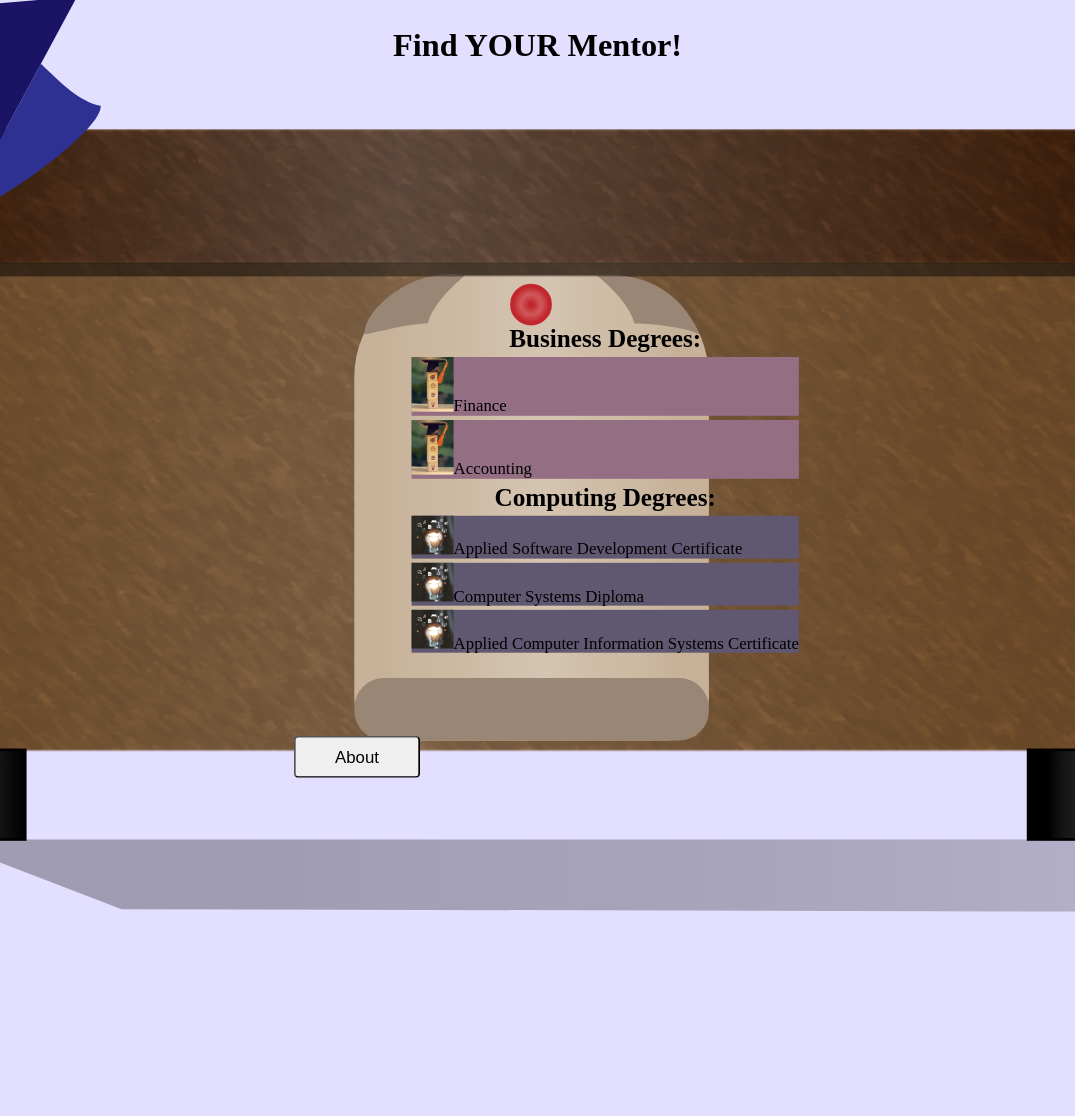
Repository: anikagrewal/week3example
Page: /
An editor plug-in stored every save of this project. The page is shown before and after the next save, followed by the edit.
The browser window is 1280 px wide. The pictures show the whole page, at 84% of full size.
The project was rebuilt for these pictures with package versions that can differ from the ones it lists, and the page was loaded fresh each time. The framework's server and built-in components were replaced by stand-ins that run in the browser. Also part of the build but not shown: next.config.js.

Above is the page before, as saved 2023-01-23 14:15:26.

### pages/index.js
import Head from 'next/head'
import Image from 'next/image'
import { Inter } from '@next/font/google'
import styles from '@/styles/Home.module.css'
import data from '../data/education.json'
import { useState } from 'react'
import Card from '../components/Card'
import Link from 'next/link'

const inter = Inter({ subsets: ['latin'] })

console.log(data);
export default function Home() {

  const [information, setInformation] = useState([...data])

  return (
    <>
      <Head>
        <title>Create Next App</title>
        <meta name="description" content="Generated by create next app" />
        <meta name="viewport" content="width=device-width, initial-scale=1" />
        <link rel="icon" href="/favicon.ico" />
      </Head>
      <main className={styles.main}>

      <div className={styles.mainheader}>
        <h1>Find YOUR Mentor!</h1>

      </div>




        <div className={styles.grid}>
          <div className={styles.gridlayout}>


          <div className={styles.scroll}>

        <h2 className={styles.busdeg}>Business Degrees: </h2>
          {information && information.map((info, index) => {
            if(info.department === "Business") {
              return (
                <Card key={index} degree={info.degree} colour="#946E83" font="20px"/>
              )
            }


          })}



          <h2 className={styles.compdeg}>Computing Degrees:</h2>
            {information && information.map((info, index) => {
            if(info.department.toLowerCase() === "computing") {
              return (
                <Card key={index} degree={info.degree} colour="#605770" font="20px"/>
              )
            }
          })}



          </div>

          <Image
          className={styles.deskimage}
          width={2100}
          height={1090}
          src={'/vector/desk.svg'}

         />

        </div>
        <button className={styles.button}> <Link href="about">About</Link></button>
        </div>




      </main>
    </>
  )
}

### styles/globals.css
:root {
  --max-width: 1100px;
  --border-radius: 12px;
  --font-mono: ui-monospace, Menlo, Monaco, 'Cascadia Mono', 'Segoe UI Mono',
    'Roboto Mono', 'Oxygen Mono', 'Ubuntu Monospace', 'Source Code Pro',
    'Fira Mono', 'Droid Sans Mono', 'Courier New', monospace;

  --foreground-rgb: #E3DFFF;
  --background-start-rgb: #E3DFFF;
  --background-end-rgb: #E3DFFF;
  --background-body-color: #E3DFFF;

  --primary-glow: conic-gradient(
    from 180deg at 50% 50%,
    #16abff33 0deg,
    #0885ff33 55deg,
    #54d6ff33 120deg,
    #0071ff33 160deg,
    transparent 360deg
  );
  --secondary-glow: radial-gradient(
    rgba(#E3DFFF, 1),
    rgba(#E3DFFF, 0)
  );

  --tile-start-rgb: 239, 245, 249;
  --tile-end-rgb: 228, 232, 233;
  --tile-border: conic-gradient(
    #00000080,
    #00000040,
    #00000030,
    #00000020,
    #00000010,
    #00000010,
    #00000080
  );

  --callout-rgb: #E3DFFF;
  --callout-border-rgb: 172, 175, 176;
  --card-rgb: 180, 185, 188;
  --card-border-rgb: 131, 134, 135;
}

@media (prefers-color-scheme: light) {
  :root {
    --foreground-rgb: #E3DFFF;
    --background-start-rgb: 0, 0, 0;
    --background-end-rgb: 0, 0, 0;

    --primary-glow: radial-gradient(rgba(1, 65, 255, 0.4), rgba(1, 65, 255, 0));
    --secondary-glow: linear-gradient(
      to bottom right,
      rgba(1, 65, 255, 0),
      rgba(1, 65, 255, 0),
      rgba(1, 65, 255, 0.3)
    );

    --tile-start-rgb: 2, 13, 46;
    --tile-end-rgb: 2, 5, 19;
    --tile-border: conic-gradient(
      #ffffff80,
      #ffffff40,
      #ffffff30,
      #ffffff20,
      #ffffff10,
      #ffffff10,
      #ffffff80
    );

    --callout-rgb: 20, 20, 20;
    --callout-border-rgb: 108, 108, 108;
    --card-rgb: 100, 100, 100;
    --card-border-rgb: 200, 200, 200;
  }
}

* {
  box-sizing: border-box;
  padding: 0;
  margin: 0;
}

html,
body {
  max-width: 100vw;
  overflow-x: hidden;
}

body {
  color: rgb(var(--foreground-rgb));
  background: linear-gradient(
      to bottom,
      transparent,
      rgb(var(--background-end-rgb))
    )
    rgb(var(--background-start-rgb));
}

a {
  color: inherit;
  text-decoration: none;
}

@media (prefers-color-scheme: dark) {
  html {
    color-scheme: light;
  }
}

### styles/Home.module.css
.main {
  display: flex;
  flex-direction: column;
  justify-content: space-between;
  align-items: center;
  padding: 2rem;
  min-height: 100vh;
  background-color: var(--background-body-color);
}

.description {
  display: inherit;
  justify-content: inherit;
  align-items: inherit;
  font-size: 0.85rem;
  max-width: var(--max-width);
  width: 100%;
  z-index: 2;
  font-family: var(--font-mono);
}

.description a {
  display: flex;
  justify-content: center;
  align-items: center;
  gap: 0.5rem;
}

.description p {
  position: relative;
  margin: 0;
  padding: 1rem;
  background-color: rgba(var(--callout-rgb), 0.5);
  border: 1px solid rgba(var(--callout-border-rgb), 0.3);
  border-radius: var(--border-radius);
}

.code {
  font-weight: 700;
  font-family: var(--font-mono);
}

.grid {
  display: grid;
  grid-template-columns: (4, minmax(25%, auto));
  width: var(--max-width);
  max-width: 100%;
  justify-content: center;
}

.gridlayout {
  display: flex;
  flex-direction: column;
  justify-content: space-between;
 gap: 70px;
 margin-top: -80px;
}


.card {
  padding: 1rem 1.2rem;
  border-radius: var(--border-radius);
  background: rgba(var(--card-rgb), 0);
  border: 1px solid rgba(var(--card-border-rgb), 0);
  transition: background 200ms, border 200ms;
}

.card span {
  display: inline-block;
  transition: transform 200ms;
}

.card h2 {
  font-weight: 600;
  margin-bottom: 0.7rem;
}

.card p {
  margin: 0;
  opacity: 0.6;
  font-size: 0.9rem;
  line-height: 1.5;
  max-width: 30ch;
}

.mainheader {
  margin-bottom: 0%;
  font-size: larger;
}

.busdeg {
  display: flex;
  justify-content: center;
}

.compdeg {
  display: flex;
  justify-content: center;
}

.button {
  width: 150px;
  height: 50px;
  border-radius: 5px;
  font-size: 20px;
  margin-top: -420px;
  margin-left: 760px;
  z-index: 2;
}

.deskimage {
  display: flex;
  justify-content: center;
  align-items: center;
  position: relative;
  z-index: 1;
  margin-left: 2.5%;
  margin-bottom: 10%;

}

.scroll {
  margin-top: 390px;
  margin-left: 900px;
  position: absolute;
  z-index: 4;
  font-size: 20px;
}

.scroll {
  display: flex;
  flex-direction: column;
  gap: 5px;
}




/* Conic Gradient Animation */
.thirteen::before {
  animation: 6s rotate linear infinite;
  width: 200%;
  height: 200%;
  background: var(--tile-border);
}

/* Inner Square */
.thirteen::after {
  inset: 0;
  padding: 1px;
  border-radius: var(--border-radius);
  background: linear-gradient(
    to bottom right,
    rgba(var(--tile-start-rgb), 1),
    rgba(var(--tile-end-rgb), 1)
  );
  background-clip: content-box;
}

/* Enable hover only on non-touch devices */
@media (hover: hover) and (pointer: fine) {
  .card:hover {
    background: rgba(var(--card-rgb), 0.1);
    border: 1px solid rgba(var(--card-border-rgb), 0.15);
  }

  .card:hover span {
    transform: translateX(4px);
  }
}

@media (prefers-reduced-motion) {
  .thirteen::before {
    animation: none;
  }

  .card:hover span {
    transform: none;
  }
}

/* Mobile */
@media (max-width: 700px) {
  .content {
    padding: 4rem;
  }

  .grid {
    grid-template-columns: 1fr;
    margin-bottom: 120px;
    max-width: 320px;
    text-align: center;
  }

  .card {
    padding: 1rem 2.5rem;
  }

  .card h2 {
    margin-bottom: 0.5rem;
  }

  .center {
    padding: 8rem 0 6rem;
  }

  .center::before {
    transform: none;
    height: 300px;
  }

  .description {
    font-size: 0.8rem;
  }

  .description a {
    padding: 1rem;
  }

  .description p,
  .description div {
    display: flex;
    justify-content: center;
    position: fixed;
    width: 100%;
  }

  .description p {
    align-items: center;
    inset: 0 0 auto;
    padding: 2rem 1rem 1.4rem;
    border-radius: 0;
    border: none;
    border-bottom: 1px solid rgba(var(--callout-border-rgb), 0.25);
    background: linear-gradient(
      to bottom,
      rgba(var(--background-start-rgb), 1),
      rgba(var(--callout-rgb), 0.5)
    );
    background-clip: padding-box;
    backdrop-filter: blur(24px);
  }

  .description div {
    align-items: flex-end;
    pointer-events: none;
    inset: auto 0 0;
    padding: 2rem;
    height: 200px;
    background: linear-gradient(
      to bottom,
      transparent 0%,
      rgb(var(--background-end-rgb)) 40%
    );
    z-index: 1;
  }
}

/* Tablet and Smaller Desktop */
@media (min-width: 701px) and (max-width: 1120px) {
  .grid {
    grid-template-columns: repeat(2, 50%);
  }
}

@media (prefers-color-scheme: dark) {
  .vercelLogo {
    filter: invert(1);
  }

  .logo,
  .thirteen img {
    filter: invert(1) drop-shadow(0 0 0.3rem #ffffff70);
  }
}

@keyframes rotate {
  from {
    transform: rotate(360deg);
  }
  to {
    transform: rotate(0deg);
  }
}

### data/education.json
[
        {
            "studentNumber": "A0004567",
            "firstName": "Person 1",
            "gpa": 3.8,
            "department": "Business",
            "degree": "Finance",
            "graduted": 2014
        },
        {
            "studentNumber": "A0001234",
            "firstName": "Person 2",
            "gpa": 3.5,
            "department": "Business",
            "degree": "Accounting",
            "graduted": 2010
        },
        {
            "studentNumber": "A0007890",
            "firstName": "Person 3",
            "gpa": 3.2,
            "department": "Computing",
            "degree": "Applied Software Development Certificate",
            "graduted": 2018
        },
        {
            "studentNumber": "A0007828",
            "firstName": "Person 4",
            "gpa": 3.9,
            "department": "Computing",
            "degree": "Computer Systems Diploma",
            "graduted": 2021
        },
        {
            "studentNumber": "A0003425",
            "firstName": "Person 5",
            "gpa": 3.2,
            "department": "Computing",
            "degree": "Applied Computer Information Systems Certificate",
            "graduted": 2021
        }
]

### components/Card/index.js
export default function Card({
    degree = "none",
    colour = "purple",
    font = "0",
    image = "icon/personTwo.png"
}) {
    return(
        <div style={{backgroundColor: colour, fontSize:font}}>
            {
                colour === "#946E83" ? <img src={'icon/business.jpeg'} width="50"/> :
                colour === "#605770" ? <img src={'icon/computing.jpeg'} width="50"/>:
                                     <img src={image} width="50"/>
            }
            {degree}
        </div>
    )
}

Loaded but not shown: pages/_app.js (common file); pages/_document.js (common file)

After the next save:
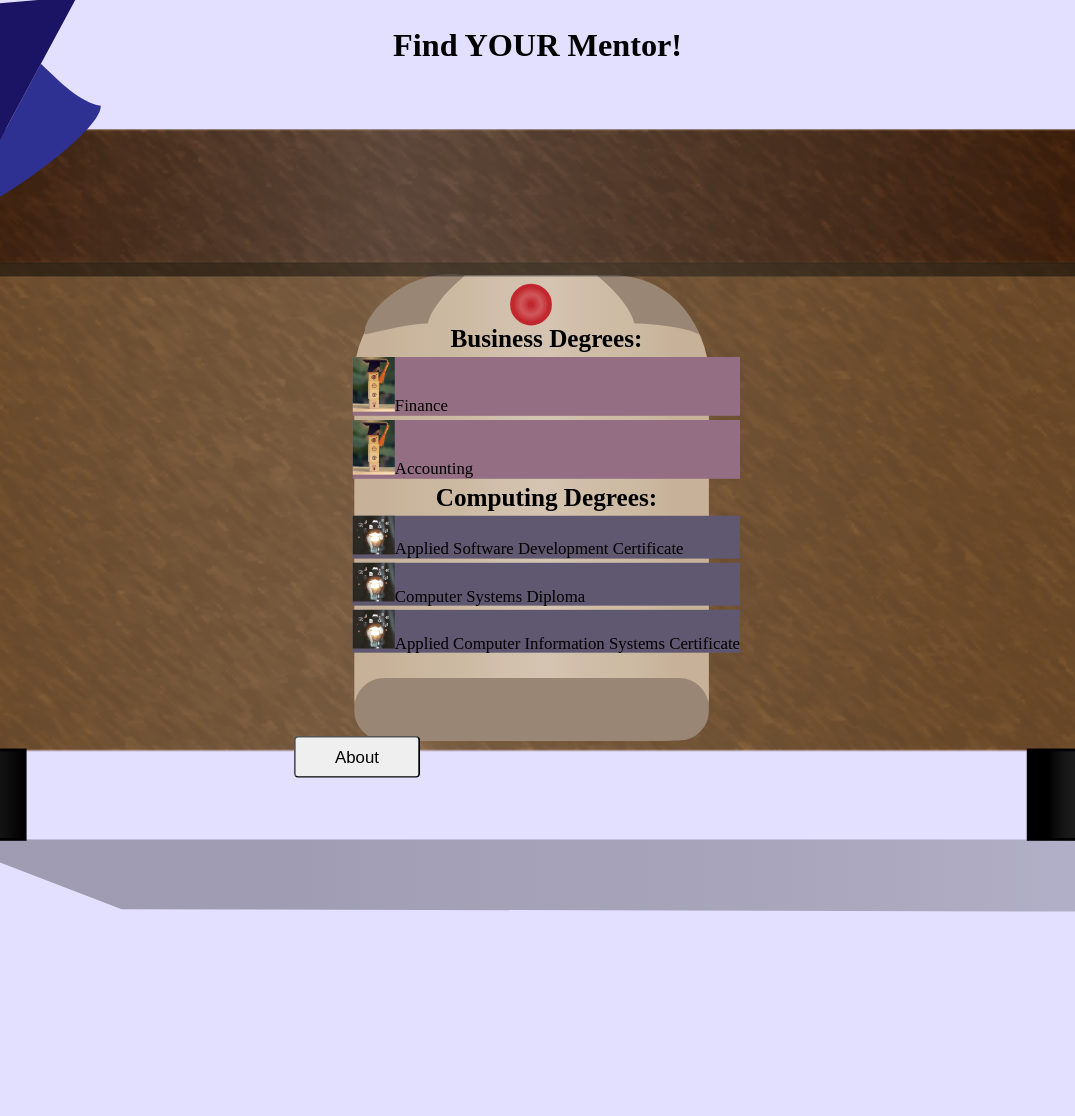
Saved 9 s later.
--- a/styles/Home.module.css
+++ b/styles/Home.module.css
@@ -121,7 +121,7 @@
 
 .scroll {
   margin-top: 390px;
-  margin-left: 900px;
+  margin-left: 830px;
   position: absolute;
   z-index: 4;
   font-size: 20px;
